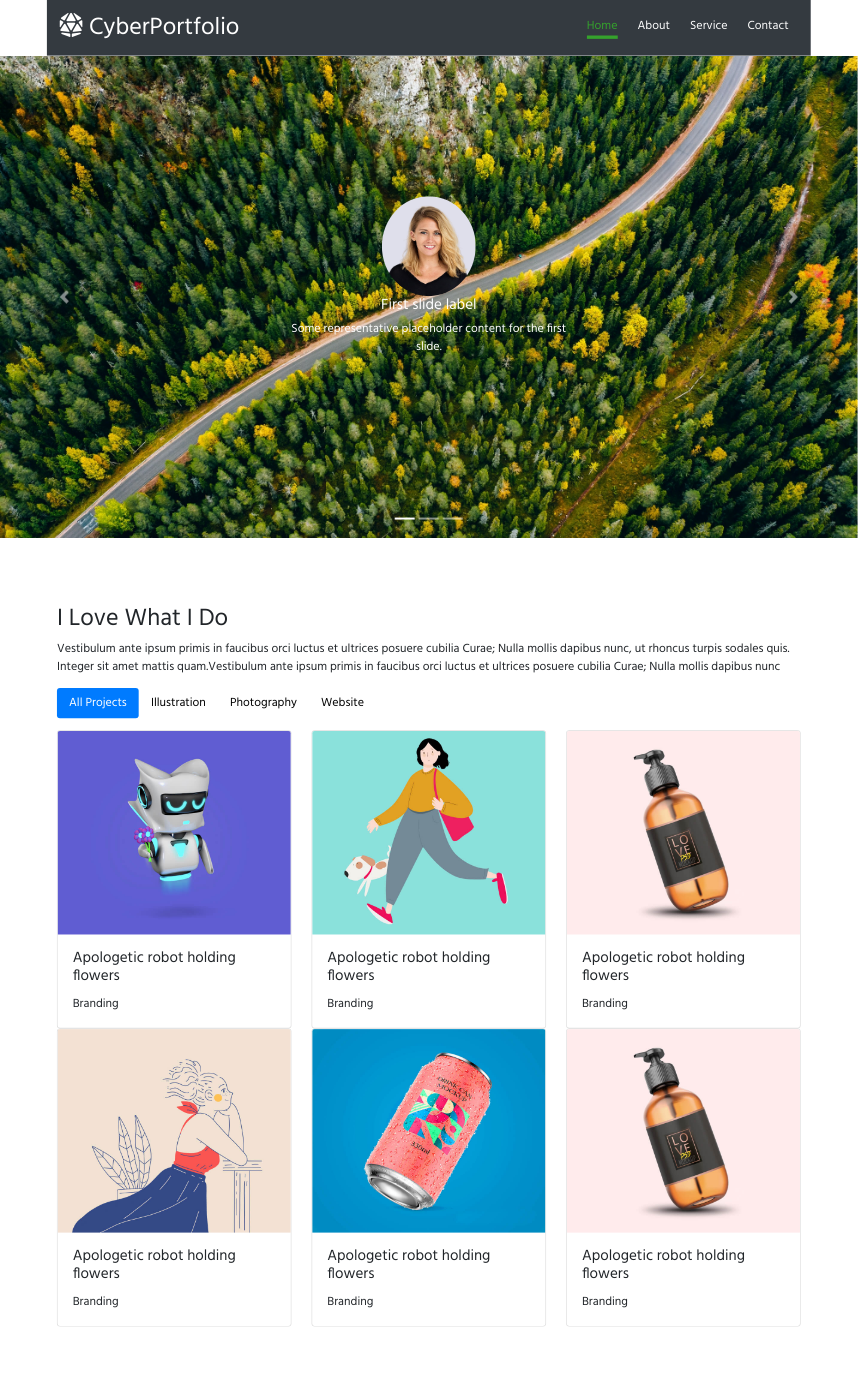
Repository: thanhfrankie/portfolio
Page: index.html
An editor plug-in stored every save of this project. The page is shown before and after the next save, followed by the edit.
The browser window is 1280 px wide. The pictures show the whole page, at 67% of full size.

Above is the page before, as saved 2023-11-30 09:44:10.

### index.html
<!DOCTYPE html>
<html lang="en">
  <head>
    <meta charset="UTF-8" />
    <meta name="viewport" content="width=device-width, initial-scale=1.0" />
    <title>Portfolio</title>
    <!-- Font Hind-->
    <link rel="preconnect" href="https://fonts.googleapis.com" />
    <link rel="preconnect" href="https://fonts.gstatic.com" crossorigin />
    <link
      href="https://fonts.googleapis.com/css2?family=Hind:wght@300;400;700&display=swap"
      rel="stylesheet"
    />
    <!-- Font AWESOME -->
    <link rel="stylesheet" href="https://cdnjs.cloudflare.com/ajax/libs/font-awesome/6.4.2/css/all.min.css" integrity="sha512-z3gLpd7yknf1YoNbCzqRKc4qyor8gaKU1qmn+CShxbuBusANI9QpRohGBreCFkKxLhei6S9CQXFEbbKuqLg0DA==" crossorigin="anonymous" referrerpolicy="no-referrer" />
    <!-- BS4 CSS -->
    <link rel="stylesheet" href="https://cdn.jsdelivr.net/npm/bootstrap@4.6.2/dist/css/bootstrap.min.css" integrity="sha384-xOolHFLEh07PJGoPkLv1IbcEPTNtaed2xpHsD9ESMhqIYd0nLMwNLD69Npy4HI+N" crossorigin="anonymous">

    <!-- Main CSS -->
    <link rel="stylesheet" href="./css/style.css" />
  </head>
  <body>
<header>
    <nav class="container navbar navbar-expand-lg navbar-dark bg-dark">
        <a class="navbar-brand" href="#">
            <i class="fa-solid fa-dice-d20"></i>
           <span>
            CyberPortfolio
           </span>
        </a>
        <!-- hỗ trợ menu màn hình mobile -->
        <button class="navbar-toggler" type="button" data-toggle="collapse" data-target="#portfolioNav" aria-controls="navbarSupportedContent" aria-expanded="false" aria-label="Toggle navigation">
          <span class="navbar-toggler-icon"></span>
        </button>

        <div class="collapse navbar-collapse" id="portfolioNav">
          <ul class="navbar-nav ml-auto">
            <li class="nav-item active">
              <a class="nav-link" href="#">Home</a>
            </li>
            <li class="nav-item">
              <a class="nav-link" href="#">About</a>
            </li>
            <li class="nav-item">
              <a class="nav-link" href="#">Service</a>
            </li>
            <li class="nav-item">
              <a class="nav-link" href="#">Contact</a>
            </li>
          </ul>
        </div>
      </nav>
</header>
<section class="carouselPort">
    <!-- data-ride="carousel -->
    <!-- .carousel-fade: hiệu ứng fade -->
    <div id="carouselPortMain" class="carousel slide .carousel-fade">
        <ol class="carousel-indicators">
          <li data-target="#carouselPortMain" data-slide-to="0" class="active"></li>
          <li data-target="#carouselPortMain" data-slide-to="1"></li>
          <li data-target="#carouselPortMain" data-slide-to="2"></li>
        </ol>
        <div class="carousel-inner">
          <div class="carousel-item active">
            <img src="./img/finland.jpg" class="d-block w-100" alt="...">
            <div class="carousel-caption d-none d-md-block">
                <img src="./img/01-3.jpg" alt="">
              <h5>First slide label</h5>
              <p>Some representative placeholder content for the first slide.</p>
            </div>
          </div>
          <div class="carousel-item">
            <img src="./img/mountains.jpg" class="d-block w-100" alt="...">
            <div class="carousel-caption d-none d-md-block">
                <img src="./img/02-3.jpg" alt="">
              <h5>Second slide label</h5>
              <p>Some representative placeholder content for the second slide.</p>
            </div>
          </div>
          <div class="carousel-item">
            <img src="./img/mountains-1.jpg" class="d-block w-100" alt="...">
            <div class="carousel-caption d-none d-md-block">
                <img src="./img/03-3.jpg" alt="">
              <h5>Third slide label</h5>
              <p>Some representative placeholder content for the third slide.</p>
            </div>
          </div>
        </div>
        <button class="carousel-control-prev" type="button" data-target="#carouselPortMain" data-slide="prev">
          <span class="carousel-control-prev-icon" aria-hidden="true"></span>
          <span class="sr-only">Previous</span>
        </button>
        <button class="carousel-control-next" type="button" data-target="#carouselPortMain" data-slide="next">
          <span class="carousel-control-next-icon" aria-hidden="true"></span>
          <span class="sr-only">Next</span>
        </button>
      </div>
</section>



<section class="projects">
      <div class="container">
        <div class="projects__title">
          <h2>I Love What I Do</h2>
          <p>Vestibulum ante ipsum primis in faucibus orci luctus et ultrices posuere cubilia Curae; Nulla mollis dapibus nunc, ut rhoncus turpis sodales quis. Integer sit amet mattis quam.Vestibulum ante ipsum primis in faucibus orci luctus et ultrices posuere cubilia Curae; Nulla mollis dapibus nunc</p>
        </div>
        <div class="projects__content">
          <ul class="nav nav-pills mb-3" id="pills-tab" role="tablist">
            <li class="nav-item" role="presentation">
              <button class="nav-link active" id="pills-home-tab" data-toggle="pill" data-target="#all" type="button" role="tab" aria-controls="pills-home" aria-selected="true">All Projects</button>
            </li>
            <li class="nav-item" role="presentation">
              <button class="nav-link" id="pills-profile-tab" data-toggle="pill" data-target="#ilu" type="button" role="tab" aria-controls="pills-profile" aria-selected="false">Illustration</button>
            </li>
            <li class="nav-item" role="presentation">
              <button class="nav-link" id="pills-contact-tab" data-toggle="pill" data-target="#photo" type="button" role="tab" aria-controls="pills-contact" aria-selected="false">Photography</button>
            </li>
            <li class="nav-item" role="presentation">
              <button class="nav-link" id="pills-contact-tab" data-toggle="pill" data-target="#web" type="button" role="tab" aria-controls="pills-contact" aria-selected="false">Website</button>
            </li>
          </ul>
          <div class="tab-content" id="pills-tabContent">
            <div class="tab-pane fade show active" id="all" role="tabpanel" aria-labelledby="pills-home-tab">
             <!-- grid system
              12 =100%
              4= 12 / 3 => 100% / 3 => 33,33%
            -->
             <div class="row">
              <!-- 1 hàng tối đa 100% -->
              <div class="col-4">
                <div class="card">
                  <img src="./img/g1.jpg" class="card-img-top" alt="...">
                  <div class="card-body">
                    <h5 class="card-title">Apologetic robot holding flowers</h5>
                    <p class="card-text">Branding</p>
                  </div>
                </div>
              </div>
              <div class="col-4">
                <div class="card">
                  <img src="./img/g2.jpg" class="card-img-top" alt="...">
                  <div class="card-body">
                    <h5 class="card-title">Apologetic robot holding flowers</h5>
                    <p class="card-text">Branding</p>
                  </div>
                </div>

              </div>
              <div class="col-4">

                <div class="card">
                  <img src="./img/g3.jpg" class="card-img-top" alt="...">
                  <div class="card-body">
                    <h5 class="card-title">Apologetic robot holding flowers</h5>
                    <p class="card-text">Branding</p>
                  </div>
                </div>
              </div>

              <!-- cột dư sẽ được đẩy xuống hàng 2 -->
              <div class="col-4">
                <div class="card">
                  <img src="./img/g4.jpg" class="card-img-top" alt="...">
                  <div class="card-body">
                    <h5 class="card-title">Apologetic robot holding flowers</h5>
                    <p class="card-text">Branding</p>
                  </div>
                </div>
              </div>
              <div class="col-4">
                <div class="card">
                  <img src="./img/g5.jpg" class="card-img-top" alt="...">
                  <div class="card-body">
                    <h5 class="card-title">Apologetic robot holding flowers</h5>
                    <p class="card-text">Branding</p>
                  </div>
                </div>

              </div>
              <div class="col-4">

                <div class="card">
                  <img src="./img/g3.jpg" class="card-img-top" alt="...">
                  <div class="card-body">
                    <h5 class="card-title">Apologetic robot holding flowers</h5>
                    <p class="card-text">Branding</p>
                  </div>
                </div>
              </div>
             </div>
             <!--! Cách 1: -->
             <!-- <div class="row">
              <div class="col-4">
                <div class="card">
                  <img src="./img/g1.jpg" class="card-img-top" alt="...">
                  <div class="card-body">
                    <h5 class="card-title">Apologetic robot holding flowers</h5>
                    <p class="card-text">Branding</p>
                  </div>
                </div>
              </div>
              <div class="col-4">
                <div class="card">
                  <img src="./img/g2.jpg" class="card-img-top" alt="...">
                  <div class="card-body">
                    <h5 class="card-title">Apologetic robot holding flowers</h5>
                    <p class="card-text">Branding</p>
                  </div>
                </div>

              </div>
              <div class="col-4">

                <div class="card">
                  <img src="./img/g3.jpg" class="card-img-top" alt="...">
                  <div class="card-body">
                    <h5 class="card-title">Apologetic robot holding flowers</h5>
                    <p class="card-text">Branding</p>
                  </div>
                </div>
              </div>
             </div> -->


            </div>
            <div class="tab-pane fade" id="ilu" role="tabpanel" aria-labelledby="pills-profile-tab">Illustration</div>
            <div class="tab-pane fade" id="photo" role="tabpanel" aria-labelledby="pills-contact-tab">Photography</div>
            <div class="tab-pane fade" id="web" role="tabpanel" aria-labelledby="pills-contact-tab">Website</div>
          </div>
          </div>

        </div>
      </div>
</section>
<section class="services"></section>
<section class="awards"></section>
<footer></footer>


<!-- JQUERY hỗ trợ -->
    <script src="https://cdn.jsdelivr.net/npm/jquery@3.5.1/dist/jquery.slim.min.js" integrity="sha384-DfXdz2htPH0lsSSs5nCTpuj/zy4C+OGpamoFVy38MVBnE+IbbVYUew+OrCXaRkfj" crossorigin="anonymous"></script>
    <!-- BS4 JS -->
<script src="https://cdn.jsdelivr.net/npm/bootstrap@4.6.2/dist/js/bootstrap.bundle.min.js" integrity="sha384-Fy6S3B9q64WdZWQUiU+q4/2Lc9npb8tCaSX9FK7E8HnRr0Jz8D6OP9dO5Vg3Q9ct" crossorigin="anonymous"></script>

  </body>
</html>

### css/style.css
/* Global */
*{
    margin: 0;
    padding: 0;
    box-sizing: border-box;
}
html, body {
    font-family: 'Hind', sans-serif;
    /*? rem: dựa vào font-size của thẻ html => hỗ trợ cho bảo trì trang web
    font-size, spacing(padding, margin)
    nếu ko khai báo thì font-size mặc định 1rem = 16px
    1rem = 18px
    */
    font-size: 18px;
}
/* Header */
header .navbar-brand {
    /* 1rem = 18px => 2rem = 36px*/
    font-size: 2rem;
}
#portfolioNav .nav-link {
    font-size: 1rem;
    padding: 0 0.833rem;
    /*! trước hover */
    color: white;
    transition: all .5s;
}
#portfolioNav .nav-link::after {
    content: "";
    display: block;
    /* trước hover */
    width: 0;
    height: 5px;

    background: #35a22c;
    transition: all .5s;
}
/*! sau hover */
#portfolioNav .nav-item:hover .nav-link::after {
    width: 100%;
}
#portfolioNav .nav-item:hover .nav-link {
    color: #35a22c;

}
/* Thẻ li có class active thì after của nó luôn xuất hiện */
/* #portfolioNav  li.active .nav-link::after{
    width: 100%;
} */
#portfolioNav  .active .nav-link::after{
    width: 100%;
}
#portfolioNav  .active .nav-link {
    color: #35a22c;

}
/* Carousel */
/* Gọi các thẻ img là con trực tiếp (cấp 1) của carousel-item */
#carouselPortMain .carousel-item >img {
    /* thường dùng ở Main carousel */
    height: 100vh;
    object-fit: cover;
}
#carouselPortMain .carousel-caption img {
    /* hình có dạng hình vuông thì chỉ cần xét width */
    width: 140px;
    border-radius: 50%;
}
/* chỉnh đường gạch indicators thì chuyển chữ nhật => hình vuông => tròn */

/*! căn giữa với position absolute cho mọi màn hình */
#carouselPortMain .carousel-caption {
    top: 50%;
    left: 50%;
    transform: translate(-50%, -50%);
}
/* PROJECTS */
.projects {
    padding: 100px 0;
}

After the next save:
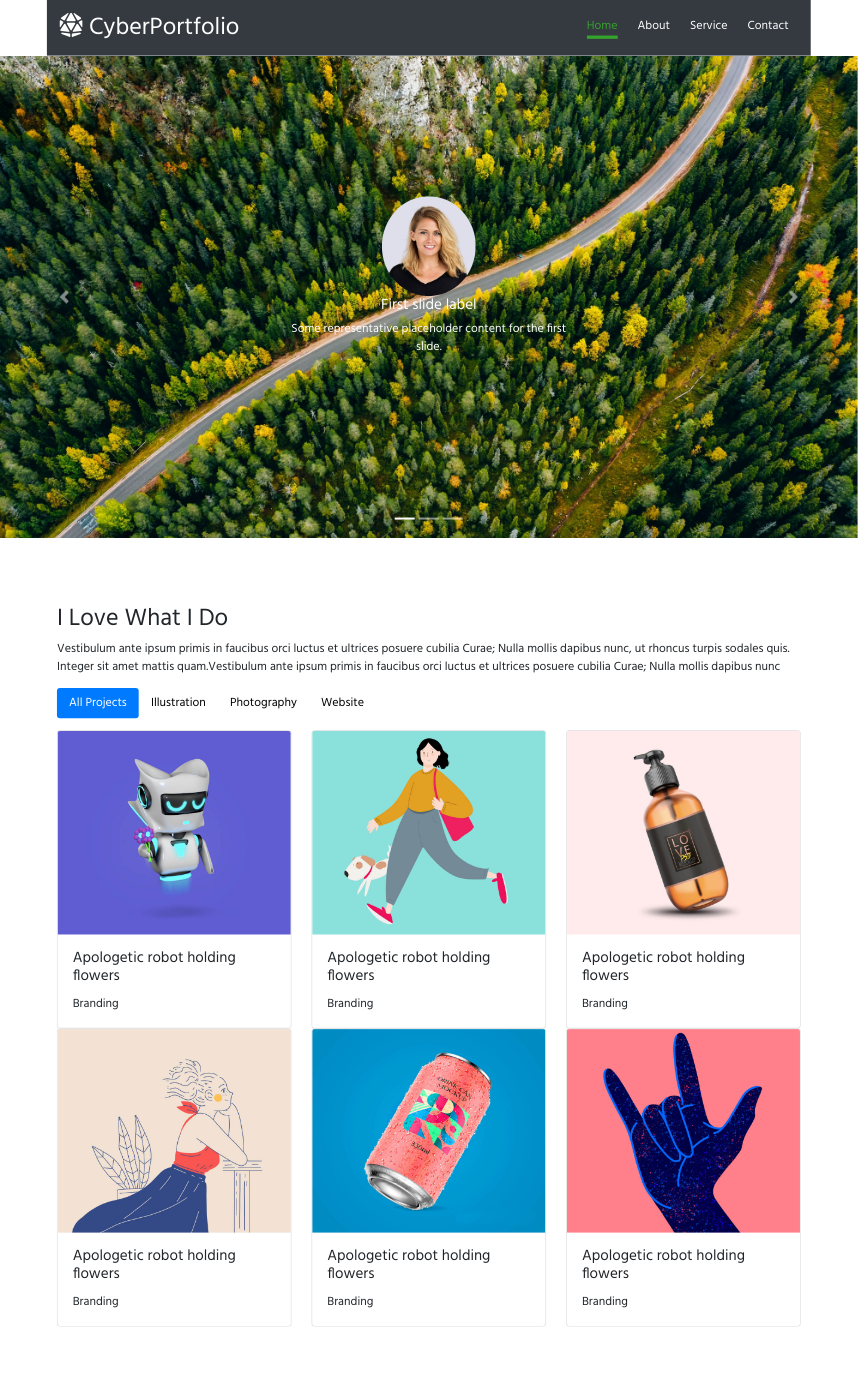
Saved 6 s later.
--- a/index.html
+++ b/index.html
@@ -181,7 +181,7 @@
               <div class="col-4">
 
                 <div class="card">
-                  <img src="./img/g3.jpg" class="card-img-top" alt="...">
+                  <img src="./img/g6.jpg" class="card-img-top" alt="...">
                   <div class="card-body">
                     <h5 class="card-title">Apologetic robot holding flowers</h5>
                     <p class="card-text">Branding</p>
